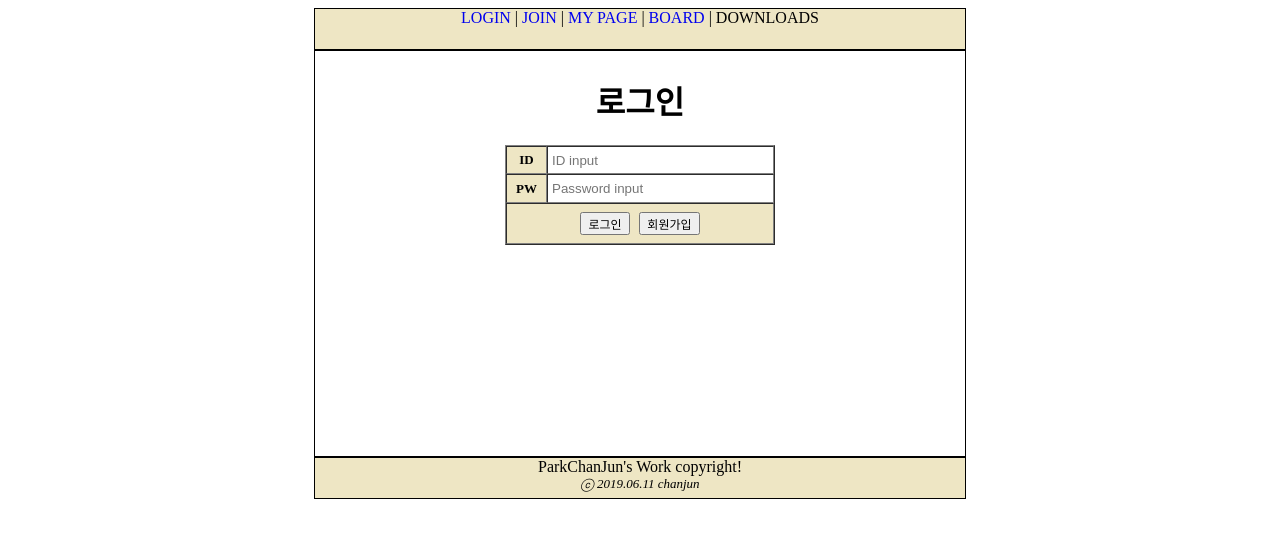
Repository: slolee/Spring-Board
Page: http://localhost/spring_project/WEB-INF/views/member/loginView.jsp
An editor plug-in stored every save of this project. The page is shown before and after the next save, followed by the edit.
The browser window is 1280 px wide. The pictures show the whole page.
The page is served by Tomcat 9. Nobody is signed in. The template is opened directly, without the code that normally fills it, so the values that code supplies are empty.

Above is the page before, as saved 2019-06-17 02:38:48.

After the next save:
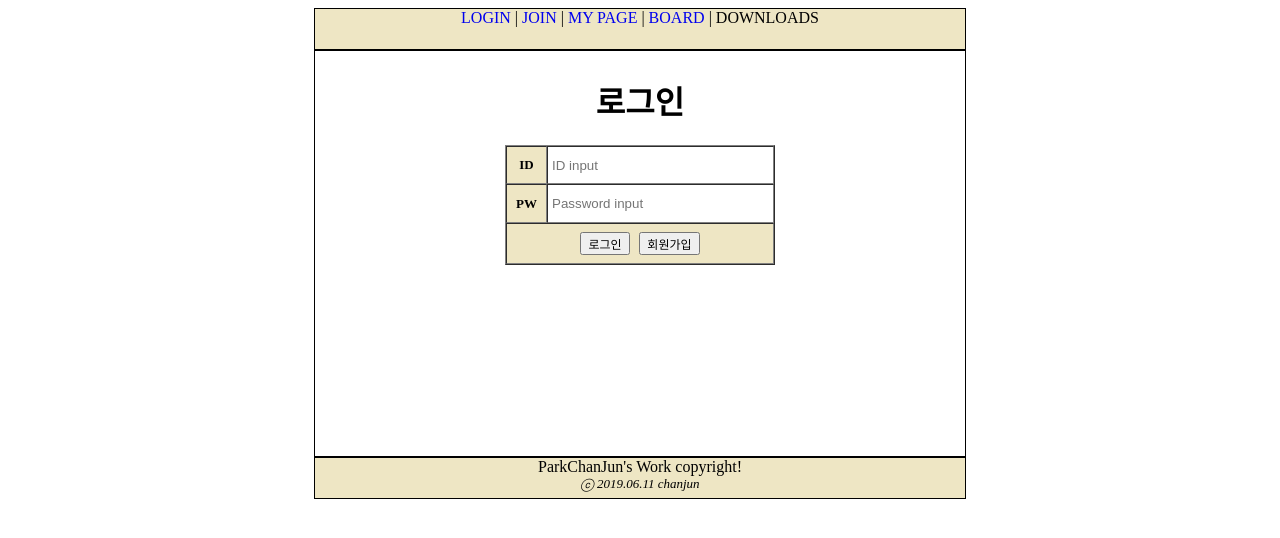
Saved 11 s later.
--- a/spring_project/src/main/webapp/WEB-INF/views/member/loginView.jsp
+++ b/spring_project/src/main/webapp/WEB-INF/views/member/loginView.jsp
@@ -7,7 +7,7 @@
 	<!-- 로그인 창 -->
 	<h1> 로그인 </h1>
 	<form action="loginLogic.do" method="post">
-		<table border=1 cellpadding="2" cellspacing="0" align="center" width="270px" height="100px">
+		<table border=1 cellpadding="2" cellspacing="0" align="center" width="270px" height="120px">
 			<tr>
 				<th width="45px">ID</th>
 				<td>
